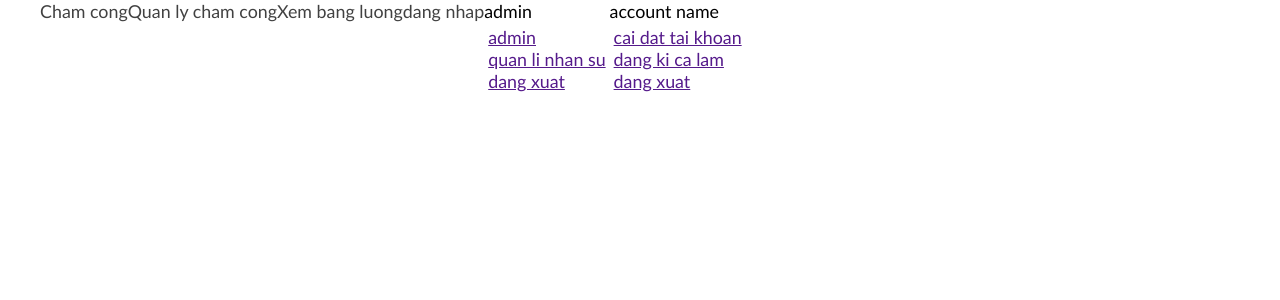
Repository: LDDUNG2003/a
Page: index.html
An editor plug-in stored every save of this project. The page is shown before and after the next save, followed by the edit.
The browser window is 1280 px wide. The pictures show the whole page.

Above is the page before, as saved 2023-10-13 23:36:05.

### index.html
<!DOCTYPE html>
<html lang="en">

<head>
    <meta charset="UTF-8">
    <meta name="viewport" content="width=device-width, initial-scale=1.0">
    <title>trang chu</title>
    <link rel="stylesheet" href="./controlView/css/base.css">
    <link rel="stylesheet" href="./controlView/css/index.css">
</head>

<body>
    <div class="main">
        <!-- start header -->
        <header class="app__header">
            <nav class="navBar">
                <ul class="navBar-list">
                    <li class="navBar--items"><a href="" class="navbar--link">Cham cong</a></li>
                    <li class="navBar--items"><a href="" class="navbar--link">Quan ly cham cong</a></li>
                    <li class="navBar--items">
                        <a href="" class="navbar--link">Xem bang luong</a></li>
                    <!-- login  -->
                    <li class="navBar--items">
                        <a href="" class="navbar--link">dang nhap</a></li>
                    <!-- admin menu -->
                    <li class="navBar--items">
                        admin
                        <ul class="account-list">
                            <li class="account--item"><a href="" class="account--link">admin</a></li>
                            <li class="account--item"><a href="" class="account--link">quan li nhan su</a></li>
                            <li class="account--item"><a href="" class="account--link">dang xuat</a></li>
                        </ul>
                    </li>
                    <!-- personnel menu -->
                    <li class="navBar--items">
                        account name
                        <ul class="account-list">
                            <li class="account--item"><a href="" class="account--link">cai dat tai khoan</a></li>
                            <li class="account--item"><a href="" class="account--link">dang ki ca lam</a></li>
                            <li class="account--item"><a href="" class="account--link">dang xuat</a></li>
                        </ul>
                    </li>
                </ul>
            </nav>
        </header>
        <!-- end header -->

        <!-- start content -->
        <div class="app__content">

        </div>
        <!-- end content -->
    </div>
</body>

</html>

### controlView/css/base.css
:root {
    --primary-color: #0066cc;
    --text-color: #414141;
}

* {
    padding: 0px;
    margin: 0px;
    font-family: 'Trebuchet MS', 'Lucida Sans Unicode', 'Lucida Grande', 'Lucida Sans', Arial, sans-serif;
}

html,
body {
    font-size: 0.62rem;
}

.main {}

.app__header {
    width: 100%;
}

.navBar {
    width: 100%;
    max-width: 1200px;
    margin: auto;
    cursor: pointer;
}

.navBar-list {
    display: flex;
    list-style: none;
}

.navBar--items {
    font-size: 1.8rem;
}

.navbar--link {
    color: var(--text-color);
    text-decoration: none;
}

.account-list {
    list-style: none;
    padding: 4px;
    box-shadow: #414141;
}

.account--item {}

.account--link {}

Loaded but not shown: controlView/css/index.css (no stored copy; drawn as an empty file)

After the next save:
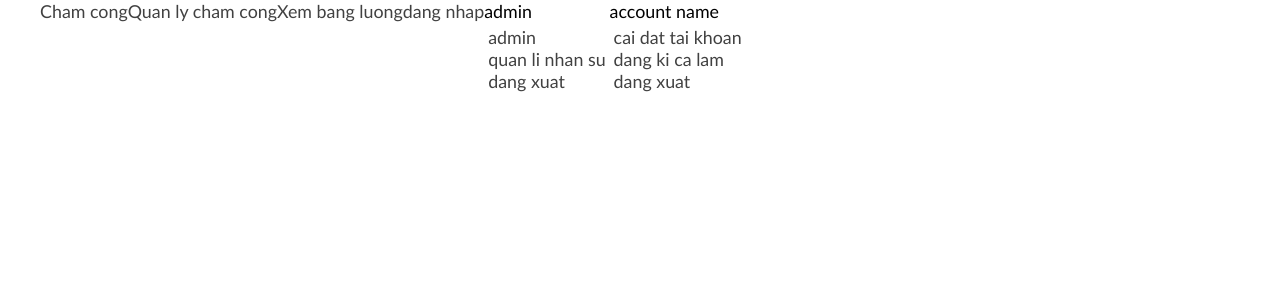
Saved 28 s later.
--- a/controlView/css/base.css
+++ b/controlView/css/base.css
@@ -49,4 +49,7 @@ body {
 
 .account--item {}
 
-.account--link {}
+.account--link {
+    color: var(--text-color);
+    text-decoration: none;
+}
